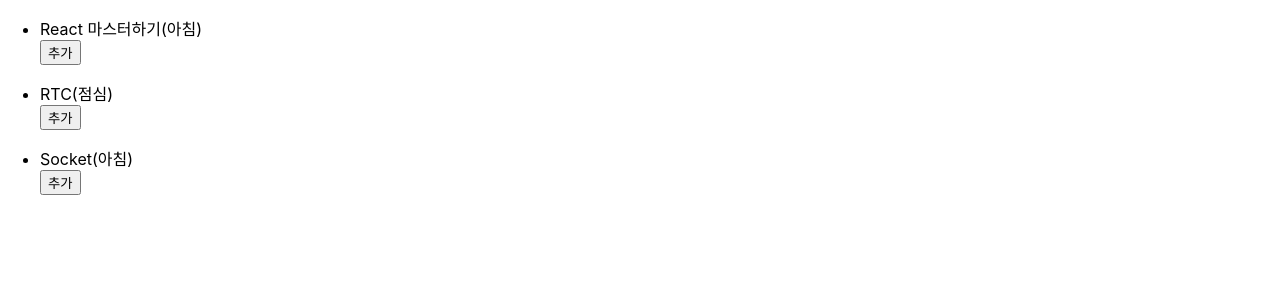
Repository: 0gunkim/REACT-TODO-PRAC
Page: / (app in todo/)
An editor plug-in stored every save of this project. The page is shown before and after the next save, followed by the edit.
The browser window is 1280 px wide. The pictures show the whole page.
The project was rebuilt for these pictures with package versions that can differ from the ones it lists, and the page was loaded fresh each time.

Above is the page before, as saved 2023-01-03 22:38:04.

After the next save:
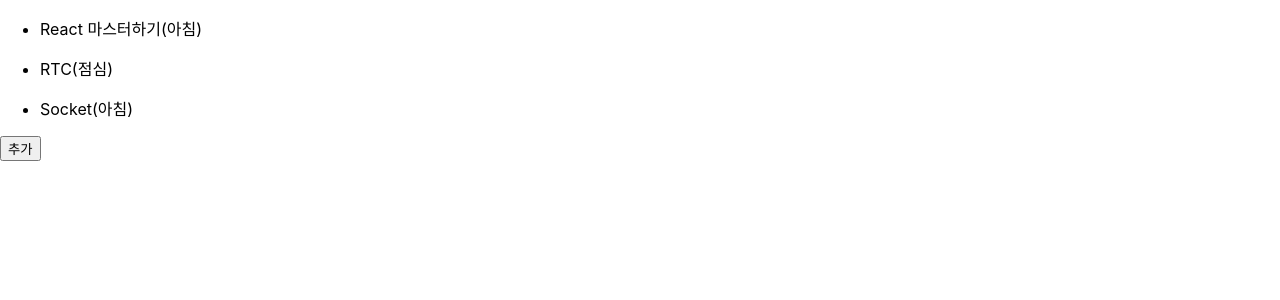
Saved 11 s later.
--- a/todo/src/pages/TodoList.jsx
+++ b/todo/src/pages/TodoList.jsx
@@ -11,11 +11,11 @@
                 <div key={list.id}>
                     <ul>
                         <li>{list.title}({list.time})</li>
-                        <AddButton todo={todo} setTodo={setTodo} />
                     </ul>
                 </div>
 
                 )})}
+                <AddButton todo={todo} setTodo={setTodo} />
         </div>
     );
 }
